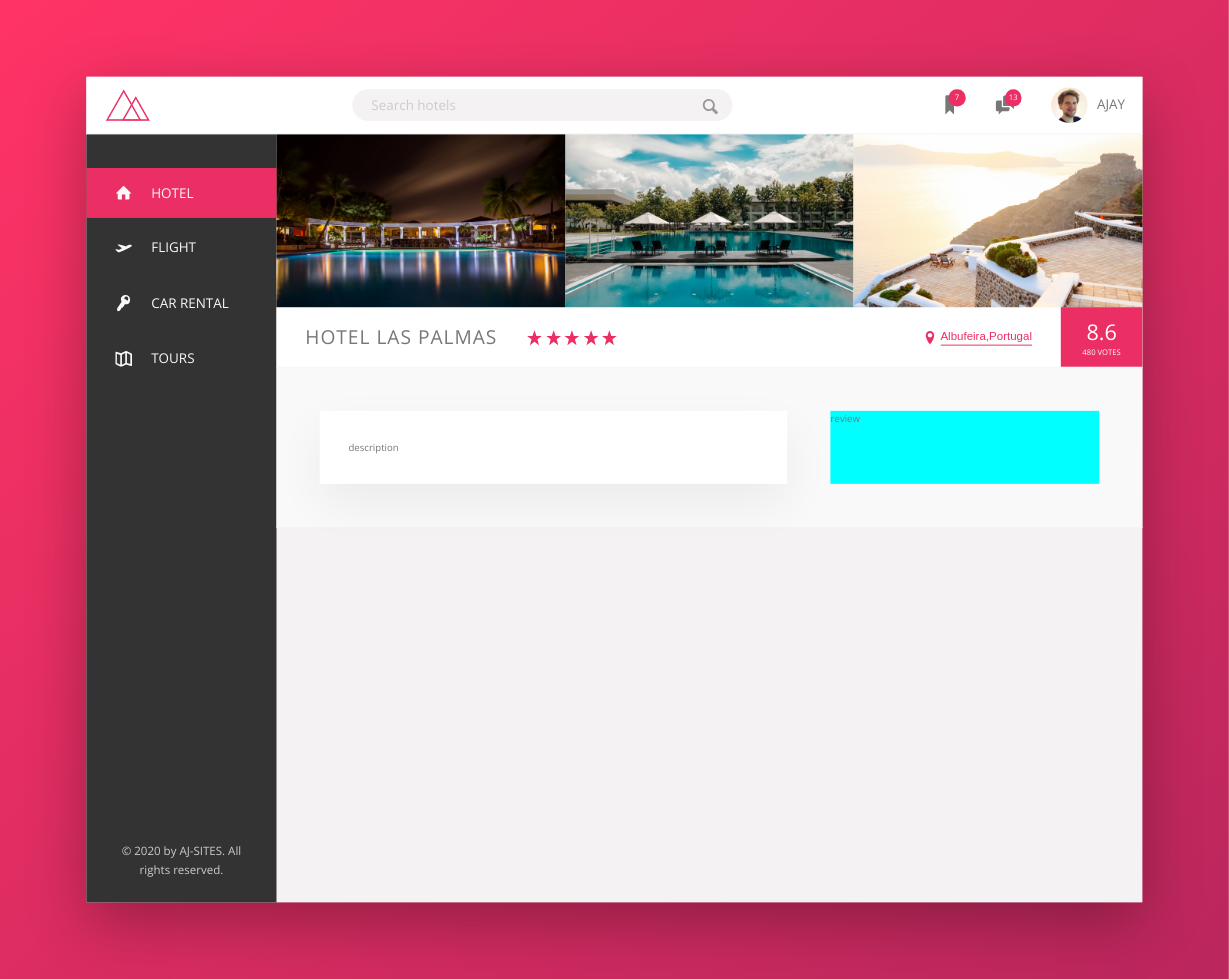
Repository: ajayaj2001/modern-Hotel
Page: /
These files come from the project's save history. The page is drawn as it stood at one moment and after the next save; the edit follows.
The browser window is 1280 px wide. The pictures show the whole page, at 96% of full size.
The project was rebuilt for these pictures with package versions that can differ from the ones it lists, and the page was loaded fresh each time.

Above is the page before, as saved 2020-12-13 22:29:57.

### public/index.html
<!DOCTYPE html>
<html lang="en">

<head>
  <meta charset="utf-8" />
  <link rel="icon" href="%PUBLIC_URL%/favicon.ico" />
  <meta name="viewport" content="width=device-width, initial-scale=1" />
  <meta name="theme-color" content="#000000" />
  <meta name="description" content="Web site created using create-react-app" />
  <link rel="apple-touch-icon" href="%PUBLIC_URL%/logo192.png" />
  <link rel="preconnect" href="https://fonts.gstatic.com">
  <link href="https://fonts.googleapis.com/css2?family=Open+Sans:wght@300;400;600&display=swap" rel="stylesheet">
  <!--
      manifest.json provides metadata used when your web app is installed on a
      user's mobile device or desktop. See https://developers.google.com/web/fundamentals/web-app-manifest/
    -->
  <link rel="manifest" href="%PUBLIC_URL%/manifest.json" />
  <!--
      Notice the use of %PUBLIC_URL% in the tags above.
      It will be replaced with the URL of the `public` folder during the build.
      Only files inside the `public` folder can be referenced from the HTML.

      Unlike "/favicon.ico" or "favicon.ico", "%PUBLIC_URL%/favicon.ico" will
      work correctly both with client-side routing and a non-root public URL.
      Learn how to configure a non-root public URL by running `npm run build`.
    -->
  <title>React App</title>
</head>

<body>
  <noscript>You need to enable JavaScript to run this app.</noscript>
  <div id="root"></div>
  <!--
      This HTML file is a template.
      If you open it directly in the browser, you will see an empty page.

      You can add webfonts, meta tags, or analytics to this file.
      The build step will place the bundled scripts into the <body> tag.

      To begin the development, run `npm start` or `yarn start`.
      To create a production bundle, use `npm run build` or `yarn build`.
    -->
</body>

</html>

### src/index.js
import React from 'react';
import ReactDOM from 'react-dom';
import './index.scss';
import App from '../src/app/App';

ReactDOM.render(
  <React.StrictMode>
    <App />
  </React.StrictMode>,
  document.getElementById('root')
);

### src/index.scss
@import "../src/scss/reuse.scss";
* {
  margin: 0;
  padding: 0;
}
:root {
  --color-primary: #eb2f64;
  --color-primary-light: #ff3366;
  --color-primary-dark: #ba265d;

  --color-gray-light-1: #faf9f9;
  --color-gray-light-2: #f4f2f2;
  --color-gray-light-3: #f0eeee;
  --color-gray-light-4: #ccc;

  --color-gray-dark-1: #333;
  --color-gray-dark-2: #777;
  --color-gray-dark-3: #999;

  --line: 1px solid var(--color-gray-light-2);
  --shadow-light: 0 2rem 5rem rgba(0, 0, 0, 0.06);
}
*,
*::before,
*::after {
  box-sizing: inherit;
}
html {
  box-sizing: border-box;
  font-size: 62.5%; //1rem=10px 10px/16px=62.5%
}
body {
  font-family: "Open Sans", sans-serif;
  -webkit-font-smoothing: antialiased;
  -moz-osx-font-smoothing: grayscale;
  font-family: "Open Sans", sans-serif;
  font-weight: 400;
  line-height: 1.6;
  background-image: linear-gradient(to right bottom, var(--color-primary-light), var(--color-primary-dark));
  background-size: cover;
  background-repeat: no-repeat;
  min-height: 100vh;
  color: var(--color-gray-dark-2);
}

### src/app/App.js
import React from 'react';
import Header from '../header/Header';
import Navigation from '../navigation/Navigation'
import Hotelview from '../hotel-view/Hotelview'
import './App.scss';
function App() {
  return (
    <div className="container">
      <Header />
      <div className="content">
        <Navigation />
        <Hotelview />
      </div>
    </div>
  );
}

export default App;

### src/scss/reuse.scss
// variables

// $primary: #eb2f64;
// $primary-light: #ff3366;
// $primary-dark: #ba265d;

// $gray-light-1: #faf9f9;
// $gray-light-2: #f4f2f2;
// $gray-light-3: #f0eeee;

// $gray-dark-1: #333;
// $gray-dark-2: #777;
// $gray-dark-3: #999;

### src/header/Header.js
import React from 'react'
import './Header.scss';
import logo from '../img/logo.png';
import user from '../img/user.jpg';
import svg from '../img/sprite.svg'
const Header = () => {
    return (
        <div className="header">
            <img src={logo} alt="logo" className="logo" />

            <form action="#" className="search">
                <input type="text" className="search__input" placeholder="Search hotels" />
                <button className="search__button">
                    <svg className="search__icon">
                        <use xlinkHref={`${svg}#icon-magnifying-glass`}></use>
                    </svg>
                </button>
            </form>
            <nav className="user-nav">
                <div className="user-nav__icon-box">
                    <svg className="user-nav__icon">
                        <use xlinkHref={`${svg}#icon-bookmark`}></use>
                    </svg>
                    <span className="user-nav__notification">7</span>
                </div>
                <div className="user-nav__icon-box">
                    <svg className="user-nav__icon">
                        <use xlinkHref={`${svg}#icon-chat`}></use>
                    </svg>
                    <span className="user-nav__notification">13</span>
                </div>
                <div className="user-nav__user">
                    <img src={user} alt="user-profile" className="user-nav__user-photo" />
                    <span className="user-nav__user-name">AJAY</span>
                </div>
            </nav>
        </div>
    )
}

export default Header

### src/navigation/Navigation.js
import React from 'react'
import './Navigation.scss'
import svg from '../img/sprite.svg'
const Navigation = () => {
    return (
        <React.Fragment>
            <nav className="sidebar">
                <ul className="side-nav">
                    <li className="side-nav__item side-nav__item--active">
                        <a href="#home" className="side-nav__link">
                            <svg className="side-nav__icon">
                                <use xlinkHref={`${svg}#icon-home`}></use>
                            </svg>
                            <span className="side-nav__text">hotel</span>
                        </a>
                    </li>
                    <li className="side-nav__item">
                        <a href="#flight" className="side-nav__link">
                            <svg className="side-nav__icon">
                                <use xlinkHref={`${svg}#icon-aircraft-take-off`}></use>
                            </svg>
                            <span className="side-nav__text">flight</span>
                        </a>
                    </li>
                    <li className="side-nav__item">
                        <a href="#car-rental" className="side-nav__link">
                            <svg className="side-nav__icon">
                                <use xlinkHref={`${svg}#icon-key`}></use>
                            </svg>
                            <span className="side-nav__text">car rental</span>
                        </a>
                    </li>
                    <li className="side-nav__item">
                        <a href="#tours" className="side-nav__link">
                            <svg className="side-nav__icon">
                                <use xlinkHref={`${svg}#icon-map`}></use>
                            </svg>
                            <span className="side-nav__text">tours</span>
                        </a>
                    </li>
                </ul>
                <div className="legal">
                    &copy; 2020 by AJ-SITES. All rights reserved.
                </div>
            </nav>
        </React.Fragment>
    )
}

export default Navigation

### src/hotel-view/Hotelview.js
import React from 'react'
import Detail from './detail/Detail'
import './Hotelview.scss'
import Overview from './overview/Overview'
const Hotelview = () => {
    return (
        <React.Fragment>
            <main className="hotelview">
                <Overview />
                <Detail />
            </main>
        </React.Fragment>
    )
}

export default Hotelview

### src/app/App.scss
.container {
    max-width: 110rem;
    margin: 8rem auto;
    background-color: var(--color-gray-light-2);
    box-shadow: 0 2rem 6rem rgba(black, 0.3);
    min-height: 50rem;
}
.content {
    display: flex;
}

### src/header/Header.scss
.header {
    height: 6rem;
    background-color: #fff;
    border-bottom: var(--line);
    display: flex;
    justify-content: space-between;
    align-items: center;
}
.logo {
    height: 3.25rem;
    margin-left: 2rem;
}
.search {
    display: flex;
    flex: 0 0 40%;
    align-items: center;
    justify-content: center;

    &__input {
        font-family: inherit;
        font-size: 1.4rem;
        color: inherit;
        background-color: var(--color-gray-light-2);
        border: none;
        padding: 0.7rem 2rem;
        border-radius: 10rem;
        width: 90%;
        transition: all 0.3s;
        margin-right: -3.25rem;
        &:focus {
            outline: none;
            width: 100%;
            background-color: var(--color-gray-light-3);
        }
        &::-webkit-input-placeholder {
            font-weight: 100;
            color: var(--color-gray-light-4);
        }
    }
    &__input:focus + &__button {
        background-color: var(--color-gray-light-3);
    }
    &__button {
        height: 2.8rem;
        border: none;
        background-color: var(--color-gray-light-2);
        &:focus {
            outline: none;
        }
        &:active {
            transform: translateY(2px);
        }
    }
    &__icon {
        height: 3rem;
        width: 2rem;
        fill: var(--color-gray-dark-3);
    }
}

.user-nav {
    align-self: stretch;
    display: flex;
    align-items: center;
    cursor: pointer;
    & > * {
        height: 100%;
        padding: 0 1.8rem;
        display: flex;
        align-items: center;
    }
    & > *:hover {
        background-color: var(--color-gray-light-2);
    }
    &__icon-box {
        position: relative;
    }
    &__icon {
        height: 2.25rem;
        width: 2.25rem;
        fill: var(--color-gray-dark-2);
    }
    &__notification {
        font-size: 0.8rem;
        height: 1.75rem;
        width: 1.75rem;
        border-radius: 50%;
        background-color: var(--color-primary);
        color: #fff;
        position: absolute;
        top: 1.3rem;
        right: 1.3rem;
        display: flex;
        justify-content: center;
        align-items: center;
    }
    &__user-photo {
        height: 3.75rem;
        border-radius: 50%;
        margin-right: 1rem;
    }
    &__user-name {
        font-size: 1.4rem;
    }
}

### src/navigation/Navigation.scss
.sidebar {
    background-color: var(--color-gray-dark-1);
    flex: 0 0 18%;
    display: flex;
    flex-direction: column;
    justify-content: space-between;
}
.side-nav {
    font-size: 1.4rem;
    list-style: none;
    margin-top: 3.5rem;
    &__item {
        position: relative;
        &:not(:last-child) {
            margin-bottom: 0.5rem;
        }
    }
    &__item::before {
        content: "";
        position: absolute;
        top: 0;
        left: 0;
        height: 100%;
        width: 3px;
        background-color: var(--color-primary);
        transform: scaleY(0);
        transition: transform 0.2s, width 0.4s cubic-bezier(1, 0, 0, 1) 0.2s, background-color 0.1s;
    }
    &__item:hover::before,
    &__item--active::before {
        transform: scaleY(1);
        width: 100%;
    }
    &__item:active::before {
        background-color: var(--color-primary-light);
    }
    &__link:link,
    &__link:visited {
        position: relative;
        color: var(--color-gray-light-1);
        text-decoration: none;
        text-transform: uppercase;
        display: block;
        padding: 1.5rem 3rem;
        display: flex;
        align-items: center;
        z-index: 20;
    }
    &__icon {
        width: 1.75rem;
        height: 1.75rem;
        fill: currentColor;
        margin-right: 2rem;
    }
}
.legal {
    font-size: 1.2rem;
    text-align: center;
    padding: 2.5rem;
    color: var(--color-gray-light-4);
}

### src/hotel-view/detail/Detail.js
import React from 'react'
import './Detail.scss'
const Detail = () => {
    return (
        <div className="detail">
            <div className="description">description</div>
            <div className="review">review</div>
        </div>
    )
}

export default Detail

### src/hotel-view/Hotelview.scss
.hotelview {
    flex: 1;
    height: 80rem;
}

### src/hotel-view/overview/Overview.js
import React from 'react'
import './Overview.scss'
import hotel1 from '../../img/hotel-1.jpg'
import hotel2 from '../../img/hotel-2.jpg'
import hotel3 from '../../img/hotel-3.jpg'
import svg from '../../img/sprite.svg'
const Overview = () => {
    return (
        <React.Fragment>
            <div className="gallery">
                <figure className="gallery__item">
                    <img src={hotel1} alt="hotel building" className="gallery__photo" />
                </figure>
                <figure className="gallery__item">
                    <img src={hotel2} alt="hotel building" className="gallery__photo" />
                </figure>
                <figure className="gallery__item">
                    <img src={hotel3} alt="hotel building" className="gallery__photo" />
                </figure>
            </div>
            <div className="overview">
                <h1 className="overview__heading">
                    HOTEL LAS PALMAS
                </h1>
                <div className="overview__stars">
                    <svg className="overview__icon-star">
                        <use xlinkHref={`${svg}#icon-star`}></use>
                    </svg>
                    <svg className="overview__icon-star">
                        <use xlinkHref={`${svg}#icon-star`}></use>
                    </svg>
                    <svg className="overview__icon-star">
                        <use xlinkHref={`${svg}#icon-star`}></use>
                    </svg>
                    <svg className="overview__icon-star">
                        <use xlinkHref={`${svg}#icon-star`}></use>
                    </svg>
                    <svg className="overview__icon-star">
                        <use xlinkHref={`${svg}#icon-star`}></use>
                    </svg>
                </div>
                <div className="overview__location">
                    <svg className="overview__icon-location">
                        <use xlinkHref={`${svg}#icon-location-pin`}></use>
                    </svg>
                    <button className="btn-inline">Albufeira,Portugal</button>
                </div>
                <div className="overview__rating">
                    <div className="overview__rating-average">8.6</div>
                    <div className="overview__rating-count">480 votes</div>
                </div>
            </div>
        </React.Fragment>
    )
}

export default Overview

### src/hotel-view/detail/Detail.scss
.detail {
    display: flex;
    padding: 4.5rem;
    background-color: var(--color-gray-light-1);
    border-bottom: var(--line);
}
.description {
    flex: 0 0 60%;
    background-color: #fff;
    margin-right: 4.5rem;
    box-shadow: var(--shadow-light);
    padding: 3rem;
}
.review {
    flex: 1;
    background-color: aqua;
}

### src/hotel-view/overview/Overview.scss
.gallery {
    display: flex;
    &__photo {
        width: 100%;
        display: block;
    }
}

.overview {
    background-color: white;
    display: flex;
    align-items: center;
    border-bottom: var(--line);
    &__heading {
        font-size: 2rem;
        font-weight: 300;
        text-transform: uppercase;
        letter-spacing: 1px;
        padding: 1.5rem 3rem;
    }
    &__stars {
        margin-right: auto;
        display: flex;
    }
    &__icon-star,
    &__icon-location {
        width: 1.75rem;
        height: 1.75rem;
        fill: var(--color-primary);
        margin-right: 0.2rem;
    }
    &__location {
        font-size: 1.2rem;
        display: flex;
        align-items: center;
    }
    &__rating {
        align-self: stretch;
        align-items: center;
        background-color: var(--color-primary);
        padding: 0 2.25rem;
        color: #fff;

        display: flex;
        flex-direction: column;
        align-items: center;
        justify-content: center;
        margin-left: 3rem;
        &-average {
            font-size: 2.25rem;
            font-weight: 300;
            margin-bottom: -3px;
        }
        &-count {
            font-size: 0.8rem;
            text-transform: uppercase;
        }
    }
}

.btn-inline {
    border: none;
    color: var(--color-primary);
    font-size: inherit;
    border-bottom: 1px solid currentColor;
    padding-bottom: 2px;
    display: inline-block;
    background-color: transparent;
    cursor: pointer;
    transition: all 0.2s;
    &:hover {
        color: var(--color-gray-dark-1);
    }

    &:focus {
        outline: none;
        animation: pulsate 1s infinite;
    }
}

@keyframes pulsate {
    0% {
        transform: scale(1);
        box-shadow: none;
    }
    50% {
        transform: scale(1.03);
        box-shadow: 0 1rem 1rem rgba(0, 0, 0, 0.25);
    }
    100% {
        transform: scale(1);
        box-shadow: none;
    }
}

After the next save:
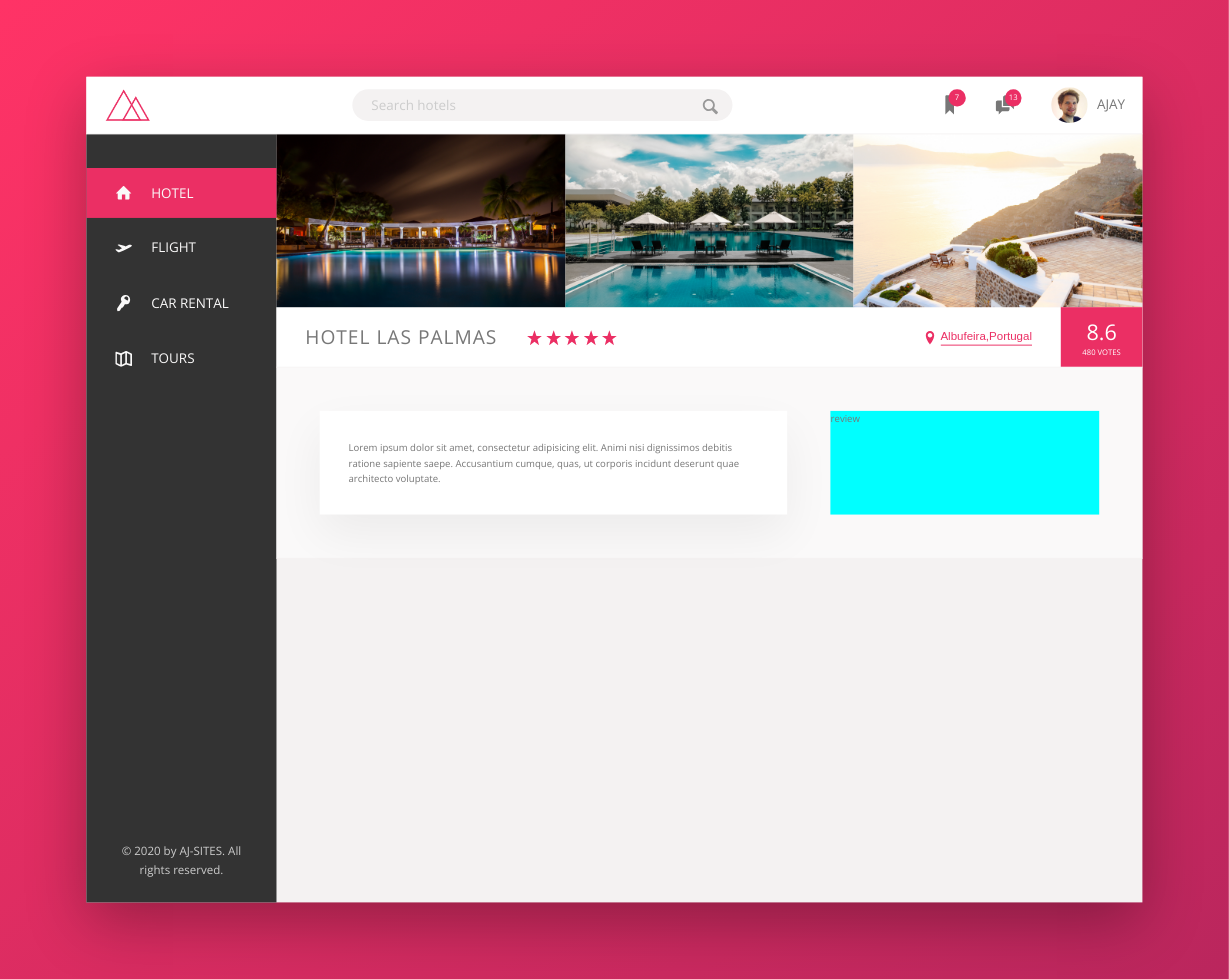
Saved 2 min 9 s later.
--- a/src/hotel-view/detail/Detail.js
+++ b/src/hotel-view/detail/Detail.js
@@ -3,7 +3,13 @@ import './Detail.scss'
 const Detail = () => {
     return (
         <div className="detail">
-            <div className="description">description</div>
+            <div className="description">
+                <p className="paragraph">
+                    Lorem ipsum dolor sit amet, consectetur adipisicing elit. Animi nisi
+                    dignissimos debitis ratione sapiente saepe. Accusantium cumque, quas, ut corporis
+                    incidunt deserunt quae architecto voluptate.
+                </p>
+            </div>
             <div className="review">review</div>
         </div>
     )
